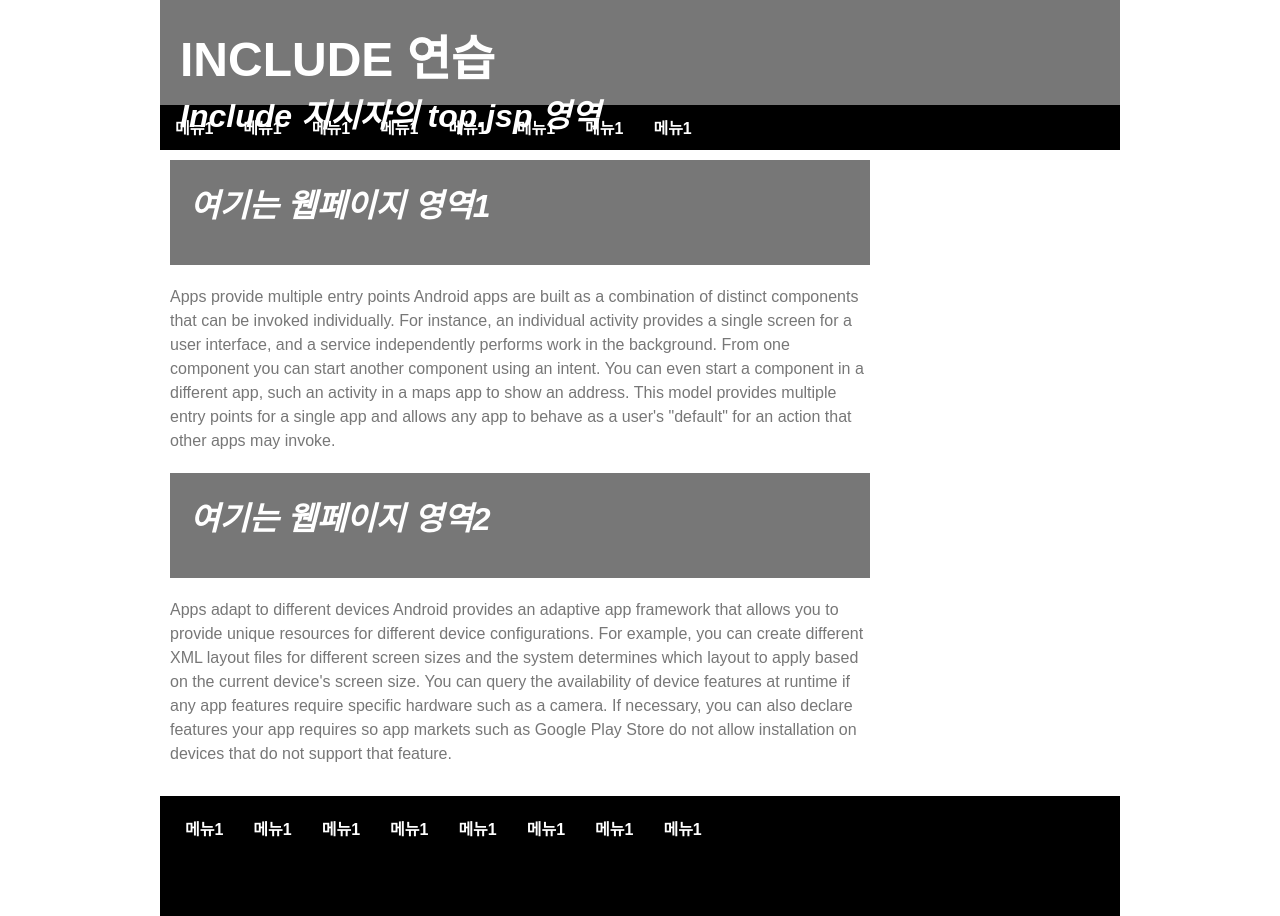
Repository: dev-sean/kosta
Page: http://localhost/jsp_1104/ex1_sample.jsp
An editor plug-in stored every save of this project. The page is shown before and after the next save, followed by the edit.
The browser window is 1280 px wide. The pictures show the whole page.
Some web libraries are served in a nearby version. The page is served by Tomcat 9. Other server files are loaded and not shown.

Above is the page before, as saved 2014-11-04 01:34:40.

### jsp/jsp_1104/WebContent/ex1_sample.jsp
<%@ page language="java" contentType="text/html; charset=EUC-KR"
	pageEncoding="EUC-KR"%>
<!DOCTYPE html>
<html>
<head>
<meta charset="EUC-KR">
<title>Insert title here</title>
<script src="//code.jquery.com/jquery-1.11.0.min.js"></script>
<script src="//code.jquery.com/jquery-migrate-1.2.1.min.js"></script>

<link rel="stylesheet" href="style/style.css" type="text/css">
<style>
</style>
<script>
	$(document).ready(function() {

	});
</script>
</head>
<body>
	<div id="wrap">
		<header>
			<h1>Include 연습</h1>
			<h2>Include 지시자의 top.jsp 영역</h2>
		</header>
		<nav>
			<ul>
				<li><a href="">메뉴1</a></li>
				<li><a href="">메뉴1</a></li>
				<li><a href="">메뉴1</a></li>
				<li><a href="">메뉴1</a></li>
				<li><a href="">메뉴1</a></li>
				<li><a href="">메뉴1</a></li>
				<li><a href="">메뉴1</a></li>
				<li><a href="">메뉴1</a></li>
			</ul>
		</nav>
		<article>
			<header>
				<h2>여기는 웹페이지 영역1</h2>
			</header>

			<p>Apps provide multiple entry points Android apps are built as a
				combination of distinct components that can be invoked individually.
				For instance, an individual activity provides a single screen for a
				user interface, and a service independently performs work in the
				background. From one component you can start another component using
				an intent. You can even start a component in a different app, such
				an activity in a maps app to show an address. This model provides
				multiple entry points for a single app and allows any app to behave
				as a user's "default" for an action that other apps may invoke.</p>
			<section>
				<header>
					<h2>여기는 웹페이지 영역2</h2>
				</header>
				<p>Apps adapt to different devices Android provides an adaptive
					app framework that allows you to provide unique resources for
					different device configurations. For example, you can create
					different XML layout files for different screen sizes and the
					system determines which layout to apply based on the current
					device's screen size. You can query the availability of device
					features at runtime if any app features require specific hardware
					such as a camera. If necessary, you can also declare features your
					app requires so app markets such as Google Play Store do not allow
					installation on devices that do not support that feature.</p>
			</section>
		</article>
		<footer>
			<nav>
				<ul>
					<li><a href="">메뉴1</a></li>
					<li><a href="">메뉴1</a></li>
					<li><a href="">메뉴1</a></li>
					<li><a href="">메뉴1</a></li>
					<li><a href="">메뉴1</a></li>
					<li><a href="">메뉴1</a></li>
					<li><a href="">메뉴1</a></li>
					<li><a href="">메뉴1</a></li>
				</ul>
			</nav>
		</footer>
	</div>
</body>
</html>

### jsp/jsp_1104/WebContent/style/style.css
@CHARSET "EUC-KR";

html, body, div, h1, h2, h3, h4, h5, h6, p {
	margin: 0;
	padding: 0;
	border: 0;
	outline: 0;
	font-size: 100%;
}

body {
	width: 960px;
	margin: 0 auto;
	font-family: Arial, sans-serif;
	color: #777;
}

p {
	margin-top: 20px;
	margin-bottom: 20px;
	line-height: 150%;
}

header {
	background: #777;
	padding: 20px;
	height: 65px;
	clear: both;
}

h1 {
	font-size: 3.0em;
	text-transform: uppercase;
	color: #fff;
}

h2 {
	font-size: 2.0em;
	color: #fff;
	font-style: italic;
}

nav {
	height: 25px;
	padding: 10px;
	background: #000;
	color: #FFFFFF;
	font-weight: bold;
	clear: both;
}

nav ul {
	padding: 0;
	margin: 0;
	list-style: none;
}

nav ul li {
	display: block;
	float: left;
	margin-right: 20px;
}

footer {
	background: #000;
	padding: 10px;
	height: 100px;
	color: #fff;
	clear: both;
}

nav ul li a {
	color: #fff;
	background: #000;
	text-decoration: none;
	padding: 5px;
	margin: 0;
}

nav ul li a:hover {
	background: #777;
}

article {
	width: 700px;
	padding: 10px;
	float: left;
}

#header2 {
	border: 1px dashed #777;
	padding: 10px;
}

#header2 h1 {
	color: #000;
	font-size: 2em;
}

p#time {
	font-size: 0.7em;
	margin-top: 0px;
	margin-bottom: 0px;
}

#footer3 {
	border: 1px dashed #777;
	padding: 10px;
}

#footer1, #footer2 {
	font-style: italic;
}

#figure {
	margin: 0 auto;
	padding: 20px;
	width: 500px;
	text-align: center;
	border: 1px dashed #ccc;
	clear: both;
}

#figure img {
	padding: 10px;
	margin: 0 auto;
}

aside {
	width: 200px;
	padding: 20px;
	float: left;
	background: #ccc;
	color: #000;
	font-size: 0.8em;
}

aside #header5 h1 {
	font-size: 1.5em;
	color: #000;
}

After the next save:
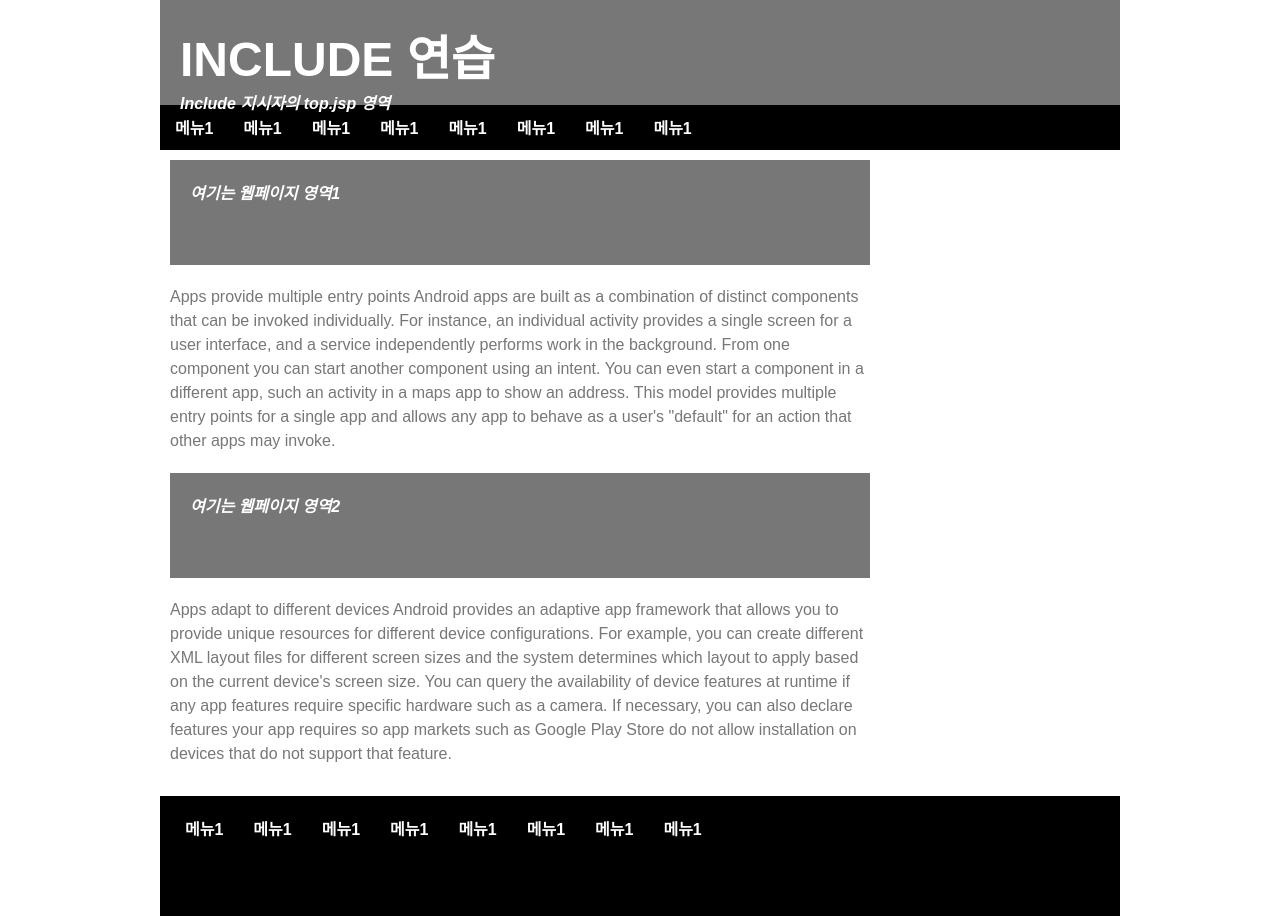
Saved 12 s later.
--- a/jsp/jsp_1104/WebContent/style/style.css
+++ b/jsp/jsp_1104/WebContent/style/style.css
@@ -35,7 +35,7 @@ h1 {
 }
 
 h2 {
-	font-size: 2.0em;
+	font-size: 1.0em;
 	color: #fff;
 	font-style: italic;
 }
